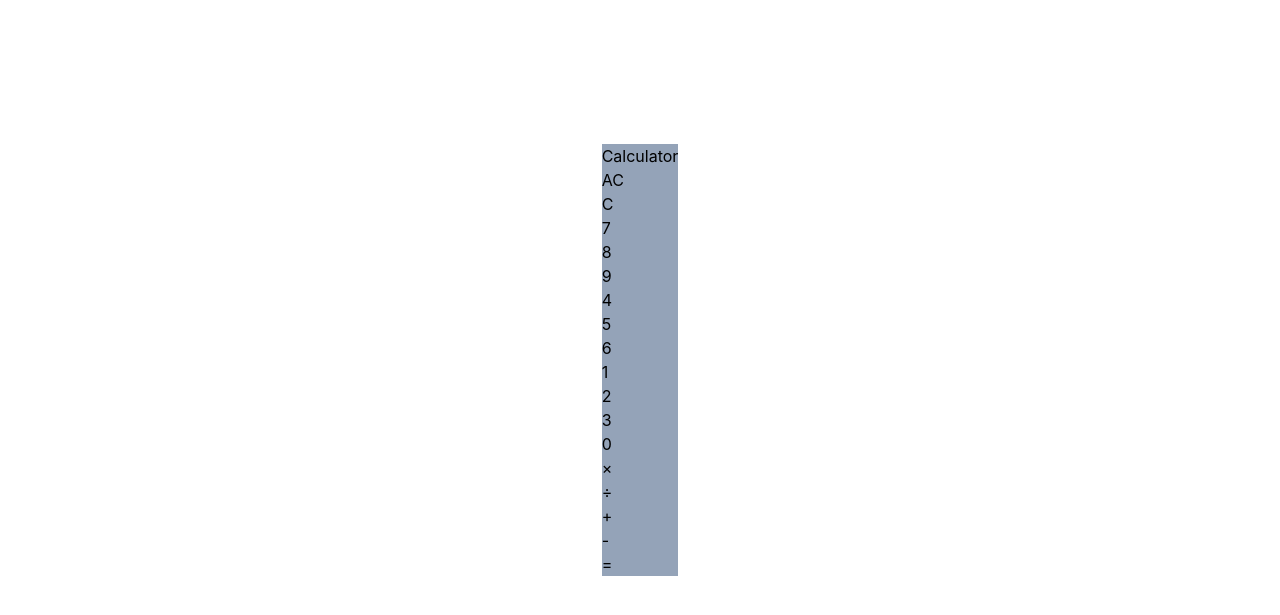
Repository: BrianPhamDev/calculator_app
Page: /
The author's editor kept a copy of each file at every save. The page is drawn from the files as they stood at one save, then again after the next save.
The browser window is 1280 px wide. The pictures show the whole page.
The project was rebuilt for these pictures with package versions that can differ from the ones it lists, and the page was loaded fresh each time. Also part of the build but not shown: vite.config.js.

Above is the page before, as saved 2024-01-09 14:14:06.

### src/App.jsx
import Calculator from "./components/Calculator";

function App() {
  return (
    <>
      <div className="flex items-center justify-center w-screen h-screen">
        <Calculator></Calculator>
      </div>
    </>
  );
}

export default App;

### src/components/Calculator.jsx
import { calculatorButtons } from "../globals/calculator-button-data";

const Calculator = () => {
  return (
    <div className="bg-slate-400">
      <h1>Calculator</h1>
      {calculatorButtons.map((button) => {
        return (
          <div
            key={button.className}
            className={`calculator-button ${button.className}`}
          >
            {button.text}
          </div>
        );
      })}
    </div>
  );
};

export default Calculator;

### src/globals/calculator-button-data.js
export const calculatorButtons = [
    {
        type: 'clear',
        className: 'ac',
        text: 'AC',
        value: 'All Clear'
    },
    {
        type: 'clear',
        className: 'c',
        text: 'C',
        value: 'Clear'
    },
    {
        type: 'number',
        className: 'seven',
        text: 7,
        value: 7,
    },
    {
        type: 'number',
        className: 'eight',
        text: 8,
        value: 8,
    },
    {
        type: 'number',
        className: 'nine',
        text: 9,
        value: 9,
    },
    {
        type: 'number',
        className: 'four',
        text: 4,
        value: 4,
    },
    {
        type: 'number',
        className: 'five',
        text: 5,
        value: 5,
    },
    {
        type: 'number',
        className: 'six',
        text: 6,
        value: 6,
    },
    {
        type: 'number',
        className: 'one',
        text: 1,
        value: 1,
    },
    {
        type: 'number',
        className: 'two',
        text: 2,
        value: 2,
    },
    {
        type: 'number',
        className: 'three',
        text: 3,
        value: 3,
    },
    {
        type: 'number',
        className: 'zero',
        text: 0,
        value: 0,
    },
    {
        type: 'operator',
        className: 'multiply',
        text: '\u00d7',
        value: 'Multiply',
    },
    {
        type: 'operator',
        className: 'divide',
        text: '\u00f7',
        value: 'Divide',
    },
    {
        type: 'operator',
        className: 'add',
        text: '+',
        value: 'Add',
    },
    {
        type: 'operator',
        className: 'subtract',
        text: '-',
        value: 'Subtract',
    },
    {
        type: 'enter',
        className: 'equal',
        text: '=',
        value: 'Equal',
    }
]

Loaded but not shown: index.html (common file); src/main.jsx (common file); src/index.css (common file); tailwind.config.js (common file)

After the next save:
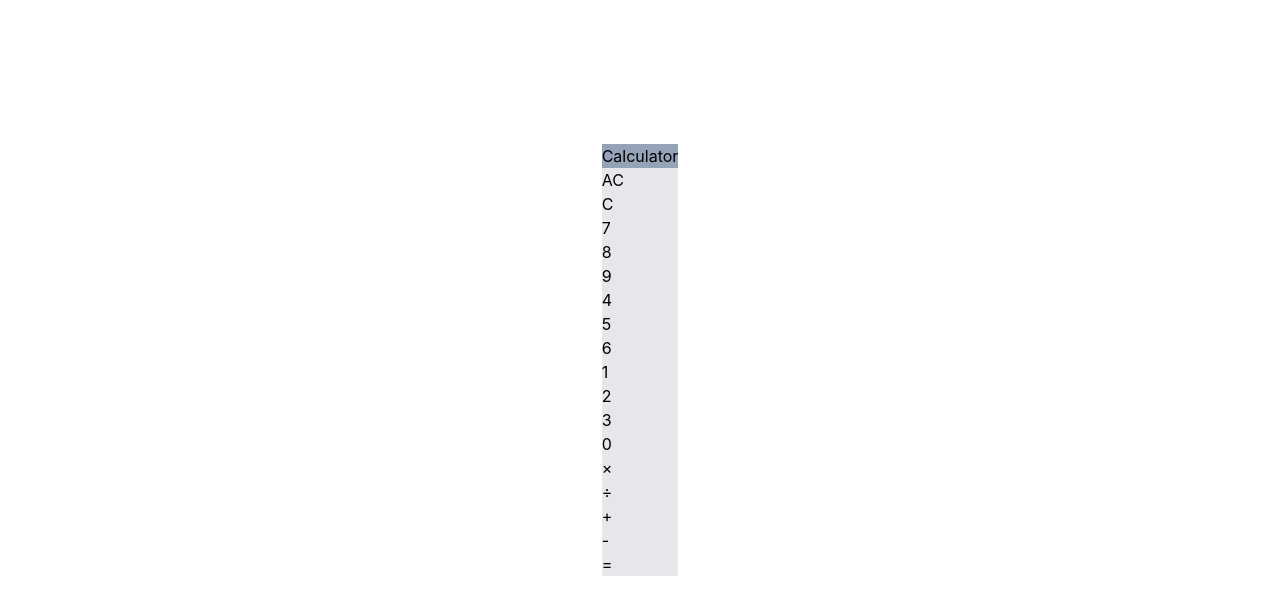
Saved 14 s later.
--- a/src/components/Calculator.jsx
+++ b/src/components/Calculator.jsx
@@ -6,10 +6,7 @@ const Calculator = () => {
       <h1>Calculator</h1>
       {calculatorButtons.map((button) => {
         return (
-          <div
-            key={button.className}
-            className={`calculator-button ${button.className}`}
-          >
+          <div key={button.className} className={`bg-gray-200`}>
             {button.text}
           </div>
         );
